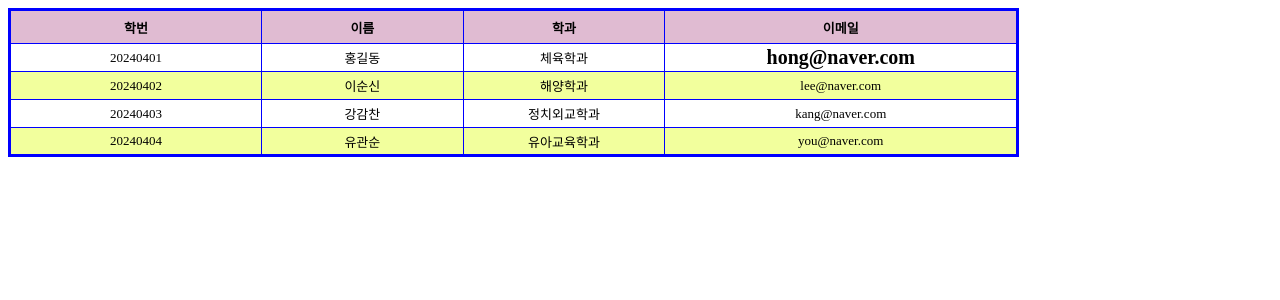
Repository: bbseok97/HTML
Page: HTML/src/main/webapp/table_css.html
The author's editor kept a copy of each file at every save. The page is drawn from the files as they stood at one save, then again after the next save.
The browser window is 1280 px wide. The pictures show the whole page.

Above is the page before, as saved 2024-04-04 06:42:42.

After the next save:
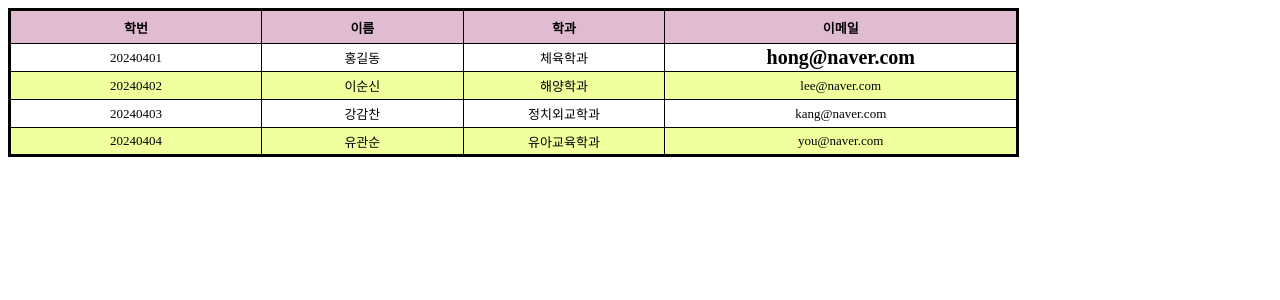
Saved 32 s later.
--- a/HTML/src/main/webapp/css/style.css
+++ b/HTML/src/main/webapp/css/style.css
@@ -1,33 +1,33 @@
 @charset "UTF-8";
-table {							/* 태그 선택자 사용 */
-		border-collapse: collapse;	/* 중복 테두리 제거 collapse */
-		border: 3px solid blue;		/* border(태그 외곽) 처리 : 두께, 선 타입, 색상 */
-		width: 80%;					/* 폭 설정 */
-		text-align: center;			/* 글자 정렬 */
-	}
-	tr{
-		height: 28px;				/* 높이 설정*/
-		font-size: 13px;			/* 글 사이즈 설정*/
-	}
-	tr:hover {						/* 마우스 커서가 위에 있을 때 */
-		color: white;				/* 글 색상 */
-		font-weight: bold;
-		background-color: #00ccff;	/* 배경색 설정 */
-		cursor: pointer;			/* 커서 타입 지정 */
-	}
-	th{
-		height: 30px;
-		font-weight: border;		/* 글자 두꼐 */
-		background-color: #e0bbd2;
-	}
 
-	/* CSS 선택자 중에 id속성은 "#"으로 표시*/
-	#id { width: 25%; }
-	#name{ width: 20%; }
-	#major{ width: 20%; }
-	#email{ width: 35%; }
+table {                     /* 태그 선택자 사용 */
+            border-collapse: collapse;   /* 중복 테두리 제거 collapse */
+            border: 3px solid black;      /* border(태그 외곽) 처리 : 두께, 선 타입, 색상 */
+            width: 80%;               /* 폭 설정 */
+            text-align: center;         /* 글자 정렬 */
+         }
+         tr{
+            height: 28px;            /* 높이 설정*/
+            font-size: 13px;         /* 글 사이즈 설정*/
+         }
+         tr:hover {                  /* 마우스 커서가 위에 있을 때 */
+            color: white;            /* 글 색상 */
+            font-weight: bold;
+            background-color: #00ccff;   /* 배경색 설정 */
+            cursor: pointer;         /* 커서 타입 지정 */
+         }
+         th{
+            height: 30px;
+            font-weight: border;      /* 글자 두꼐 */
+            background-color: #e0bbd2;
+         }
+         /* CSS 선택자 중에 id속성은 "#"으로 표시*/
+         #id { width: 25%; }
+         #name{ width: 20%; }
+         #major{ width: 20%; }
+         #email{ width: 35%; }
 
-	/* CSS 선택자 중에 class 속성은 "."으로 표시 */
-	.odd{
-		background-color: #f2ff9d;
-	}
+         /* CSS 선택자 중에 class 속성은 "."으로 표시 */
+         .odd{
+            background-color: #f2ff9d;
+         }
